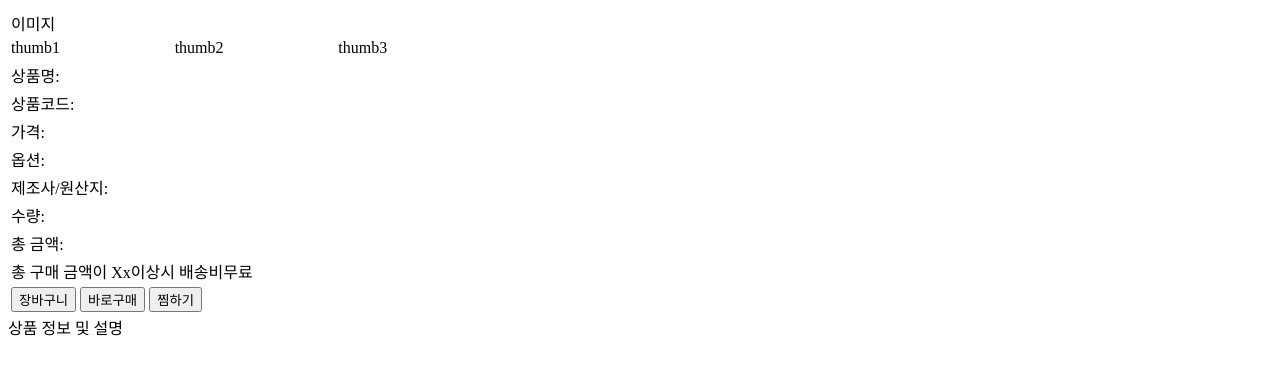
Repository: heeya90/ProjectShoppingMall
Page: http://localhost/ProjectShoppingMall/goods/goods_view.jsp
The author's editor kept a copy of each file at every save. The page is drawn from the files as they stood at one save, then again after the next save.
The browser window is 1280 px wide. The pictures show the whole page.
The page is served by Tomcat 9.

Above is the page before, as saved 2012-07-30 08:15:19.

### ProjectShoppingMall/WebContent/goods/goods_view.jsp
<%@ page language="java" contentType="text/html; charset=EUC-KR"
    pageEncoding="EUC-KR"%>

	<div style="width:39%">
		<table style="align:center; width:100%">
			<tr>
				<td colspan="3">
					이미지
				</td>
			</tr>
			<tr>
				<td>thumb1</td>
				<td>thumb2</td>
				<td>thumb3</td>
		</table>
	</div>

	<div style="width:59%">
		<table style="align:center; width:100%">
			<tr>
				<td class="jw_td_left" width="40%">
					<label>상품명:</label></td>
				<td class="jw_td_center1">
					<label></label></td>
			</tr>
			<tr>
				<td class="jw_td_left">
					<label>상품코드:</label></td>
				<td class="jw_td_center1">
					<label></label></td>
			</tr>
			<tr>
				<td class="jw_td_left">
					<label>가격:</label></td>
				<td class="jw_td_center1">
					<label></label></td>
			</tr>
			<tr>
				<td class="jw_td_left">
					<label>옵션:</label></td>
				<td class="jw_td_center1">
					<label></label></td>
			</tr>
			<tr>
				<td class="jw_td_left">
					<label>제조사/원산지:</label></td>
				<td class="jw_td_center1">
					<label></label></td>
			</tr>
			<tr>
				<td class="jw_td_left">
					<label>수량:</label></td>
				<td class="jw_td_center1">
					<label></label></td>
			</tr>
			<tr>
				<td class="jw_td_left">
					<label>총 금액:</label></td>
				<td class="jw_td_center1">
					<label></label></td>
			</tr>
			<tr>
				<td class="jw_td_center1" colspan="2">
					<label class="jw_lbl_title">총 구매 금액이 Xx이상시 배송비무료</label></td>
			</tr>
			<tr>
				<td class="jw_td_center1" colspan="2" >
					<input type="button" value="장바구니">
					<input type="button" value="바로구매">
					<input type="button" value="찜하기">
				</td>
			</tr>
		</table>
	</div>

	<div style=width:99%>
		<label>상품 정보 및 설명</label>
	</div>

After the next save:
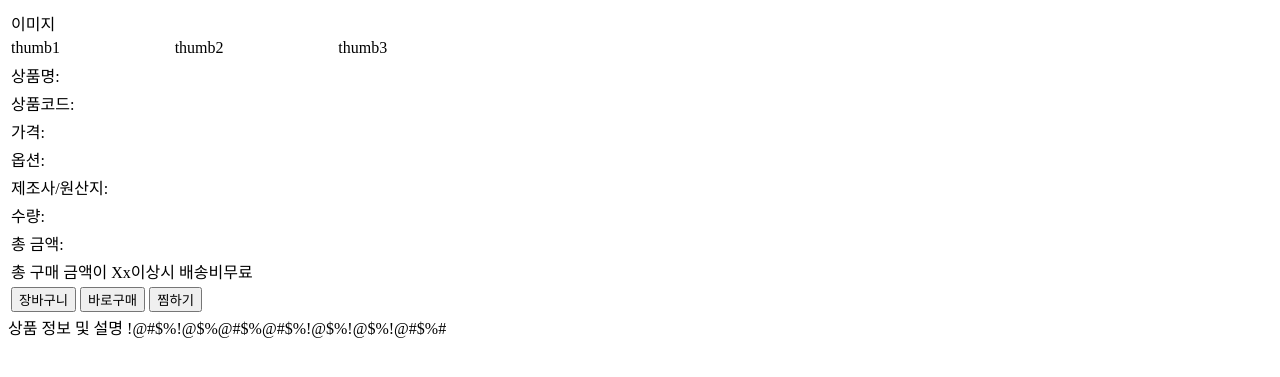
Saved 59 s later.
--- a/ProjectShoppingMall/WebContent/goods/goods_view.jsp
+++ b/ProjectShoppingMall/WebContent/goods/goods_view.jsp
@@ -75,4 +75,5 @@
 
 	<div style=width:99%>
 		<label>상품 정보 및 설명</label>
+		<label>!@#$%!@$%@#$%@#$%!@$%!@$%!@#$%#</label>
 	</div>
